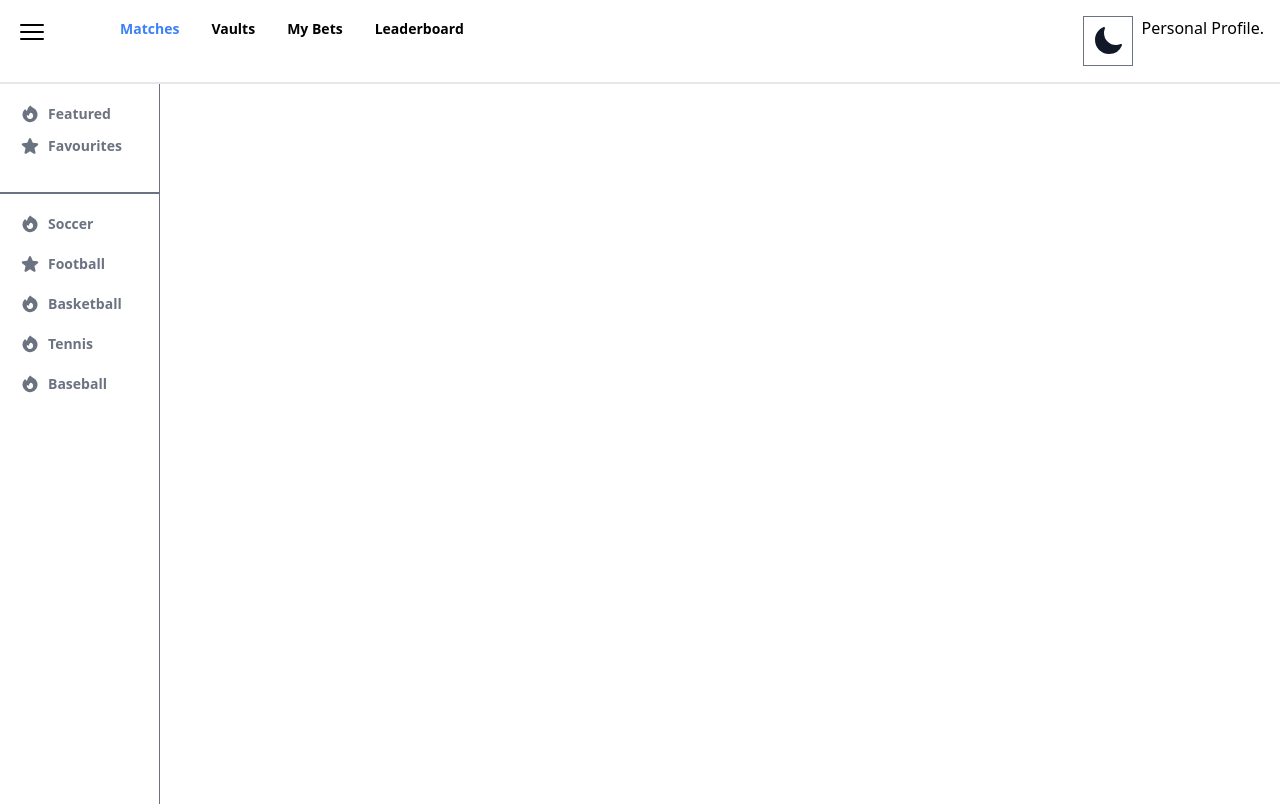
Repository: thekingisherenow/Betterbook
Page: /
An editor plug-in stored every save of this project. The page is shown before and after the next save, followed by the edit.
The browser window is 1280 px wide. The pictures show the whole page.
The project was rebuilt for these pictures with package versions that can differ from the ones it lists, and the page was loaded fresh each time. The framework's server and built-in components were replaced by stand-ins that run in the browser. Also part of the build but not shown: next.config.js.

Above is the page before, as saved 2023-01-17 00:43:24.

After the next save:
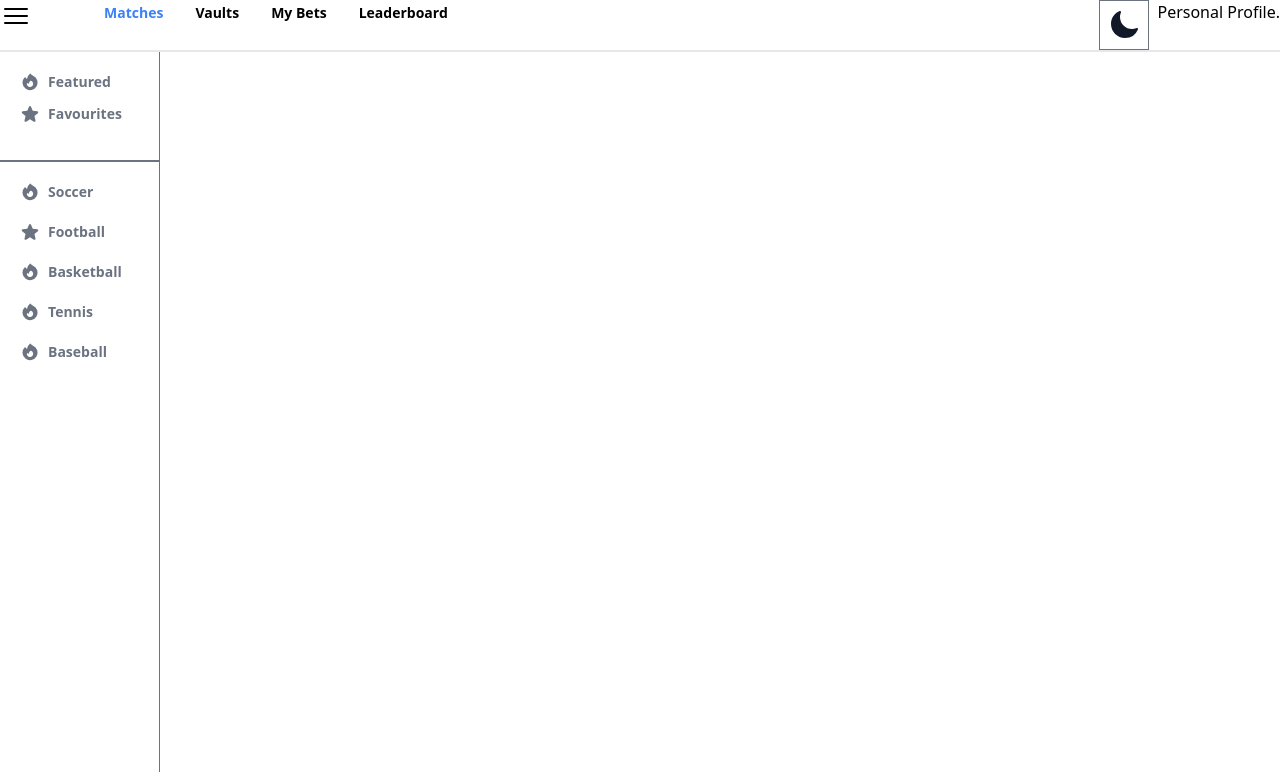
Saved 8 s later.
--- a/src/components/Typography/Header.tsx
+++ b/src/components/Typography/Header.tsx
@@ -6,7 +6,7 @@ import DarkModeButton from './DarkModeButton'
 function Header() {
   return (
     <header >
-      <div className='p-4 flex text-center   border-b-2 '>
+      <div className=' flex text-center   border-b-2 '>
 
         <Bars3Icon className='h-8 w-8  cursor-pointer'/>
         <div className='ml-10'>
